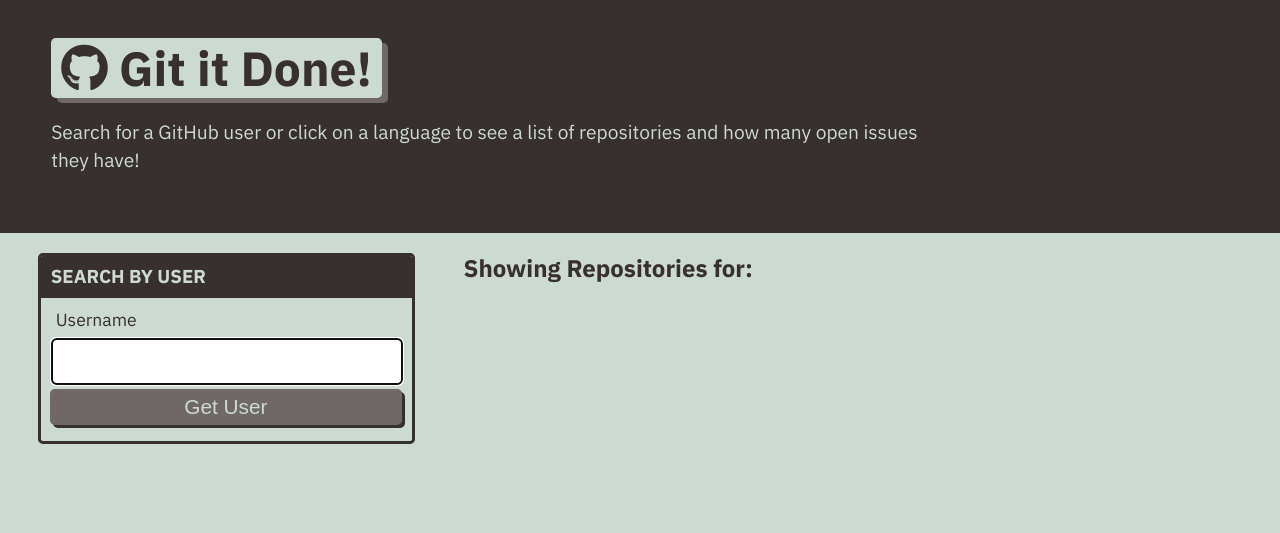
Repository: KHudaKoz/git-it-done
Page: index.html
These files come from the project's save history. The page is drawn as it stood at one moment and after the next save; the edit follows.
The browser window is 1280 px wide. The pictures show the whole page.
Some web libraries are served in a nearby version.

Above is the page before, as saved 2021-01-25 23:15:28.

### index.html
<!DOCTYPE html>
<html lang="en">

<head>
  <meta charset="UTF-8">
  <meta name="viewport" content="width=device-width, initial-scale=1.0">
  <meta http-equiv="X-UA-Compatible" content="ie=edge">
  <link href="https://fonts.googleapis.com/css?family=IBM+Plex+Sans:400,400i,700&display=swap" rel="stylesheet">
  <link rel="stylesheet" href="https://cdnjs.cloudflare.com/ajax/libs/font-awesome/5.11.2/css/all.min.css">
  <link rel="stylesheet" href="./assets/css/style.css" />
  <title>Git it Done</title>
</head>

<body class="flex-column min-100-vh">
  <header class="hero">
    <h1 class="app-title"><i class="fab fa-github"></i> Git it Done!</h1>
    <p>Search for a GitHub user or click on a language to see a list of repositories and how many open issues they have!
    </p>
  </header>


  <main class="flex-row justify-space-between">
    <div class="col-12 col-md-4">

      <div class="card">
        <h3 class="card-header text-uppercase">Search By User</h3>
        <form id="user-form" class="card-body">
          <label class="form-label" for="username">Username</label>
          <input name="username" id="username" type="text" autofocus="true" class="form-input" />
          <button type="submit" class="btn">Get User</button>
        </form>
      </div>

    </div>

    <div class="col-12 col-md-8">
      <h2 class="subtitle">Showing Repositories for: <span id="repo-search-term"></span></h2>
      <div id="repos-container" class="list-group">

      </div>
    </div>
  </main>

  <script src="./assets/js/homepage.js"></script>
</body>

</html>

### assets/css/style.css
:root {
  --primary: #ccdad1;
  --secondary: #9caea9;
  --tertiary: #788585;
  --light-dark: #6f6866;
  --dark: #38302e;
  --border-radius: .3rem;
}

* {
  box-sizing: border-box;
}

body {
  background-color: var(--primary);
  margin: 0;
  padding: 0;
  font-family: "IBM Plex Sans", sans-serif;
  color: var(--dark);
  line-height: 1.5;
  font-size: 16px;
}

h1,
h2,
h3,
h4,
h5,
h6 {
  font-weight: 700;
  margin: 0;
  color: var(--dark);
  line-height: 1.25;
}

main {
  margin: 20px auto;
  width: 94%;
}

p {
  font-size: 1.2rem;
}

 .btn {
  font-size: 1.3rem;
  text-decoration:none;
  padding: 6px 5px;
  width: 100%;
  display: block;
  margin: 5px 0;
  border-radius: var(--border-radius);
  color: var(--primary);
  border: none;
  outline: none;
  background-color: var(--light-dark);
  box-shadow: 3px 3px var(--dark);
  transform: translate(-1px, -1px);
}

 .btn:hover {
  color: var(--primary);
  background-color: var(--tertiary);
  transform: translate(0, 0);
  box-shadow: 2px 2px var(--dark);
}

.btn-inline {
  display: inline;
}

.btn-back {
  border-radius: var(--border-radius);
  color: var(--primary);
  border: none;
  outline: none;
  background-color: var(--light-dark);
  box-shadow: 3px 3px var(--secondary);
  transform: translate(-1px, -1px);
  display: inline-block;
  width: auto;
  margin-top: 20px;
  padding: 15px;
  text-decoration: none;
  font-size: 1.2rem;
}

 .btn-back:hover {
  color: var(--primary);
  background-color: var(--tertiary);
  transform: translate(0, 0);
  box-shadow: 2px 2px var(--dark);
}

.hero {
  padding: 3% 4%;
  background-color: var(--dark);
  color: var(--primary);
}

.hero p {
  max-width: 75%;
}

.app-title {
  font-size: 3rem;
  background-color: var(--primary);
  color: var(--dark);
  padding: 0 10px;
  display: inline-block;
  border-radius: var(--border-radius);
  box-shadow: 6px 5px var(--light-dark);
}

.list-group {
  padding: 0;
  list-style: none;
}

.list-item {
  margin-bottom: 10px;
  padding: 1.5%;
  border-radius: var(--border-radius);
  background-color: var(--light-dark);
  color: var(--primary);
  text-decoration: none;
}

.list-item:hover {
  background-color: var(--dark);
}

.status-icon {
  padding: 2px 5px;
  margin: 0 5px;
  background-color: rgba(255,255,255, 1);
  border-radius: var(--border-radius);
}

.icon-danger {
  color: rgb(255, 70, 70);
}

.icon-success {
  color: rgb(29, 153, 255);
}

/* CARDS */
.card {
  margin: 0 0 20px 0;
  border: 3px solid var(--dark);
  border-radius: var(--border-radius);
}

.card-header {
  color: var(--primary);
  background-color: var(--dark);
  padding: 2.5%;
  border-radius: calc(.18rem - 1px) calc(.18rem - 1px) 0 0;
}

.card-body {
  padding: 2.5%;
}

/* FORM */
.form-label,
.form-input,
.form-textarea {
  display: block;
}

.form-label {
  font-size: 1.1rem;
  margin: 0 0 0 5px;
}

.form-input {
  width: 100%;
  padding: 3%;
  margin: 5px 0;
  font-size: 1.2rem;
  border: 2px solid var(--light-dark);
  border-radius: var(--border-radius);
}

/* HEIGHT / WIDTH UTILS */
.min-100-vh {
  min-height: 100vh;
}

.min-100-vw {
  min-width: 100vw;
}

/* FONT UTILS */
.text-uppercase {
  text-transform: uppercase;
}


/* FLEX CONTENT */
.flex-row {
  display: flex;
  flex-wrap: wrap;
}

.flex-column {
  display: flex;
  flex-direction: column;
  flex-wrap: wrap;
}

.justify-space-between {
  justify-content: space-between;
}

.justify-space-around {
  justify-content: space-around;
}

.justify-flex-start {
  justify-content: flex-start
}

.justify-flex-end {
  justify-content: flex-end;
}

.justify-center {
  justify-content: center;
}

.align-stretch {
  align-items: stretch;
}

.align-end {
  align-items: flex-end;
}

.align-center {
  align-items: center;
}

.col-auto {
  flex-grow: 1;
}

.col-1 {
  flex: 0 0 calc(100% * 1 / 12 - 2%);
}

.col-2 {
  flex: 0 0 calc(100% * 2 / 12 - 2%);
}

.col-3 {
  flex: 0 0 calc(100% * 3 / 12 - 2%);
}

.col-4 {
  flex: 0 0 calc(100% * 4 / 12 - 2%);
}

.col-5 {
  flex: 0 0 calc(100% * 5 / 12 - 2%);
}

.col-6 {
  flex: 0 0 calc(100% * 6 / 12 - 2%);
}

.col-7 {
  flex: 0 0 calc(100% * 7 / 12 - 2%);
}

.col-8 {
  flex: 0 0 calc(100% * 8 / 12 - 2%);
}

.col-9 {
  flex: 0 0 calc(100% * 9 / 12 - 2%);
}

.col-10 {
  flex: 0 0 calc(100% * 10 / 12 - 2%);
}

.col-11 {
  flex: 0 0 calc(100% * 11 / 12 - 2%);
}

.col-12 {
  flex: 0 0 100%;
}

/* col-sm */
@media screen and (min-width: 640px) {
  .col-sm-1 {
    flex: 0 0 calc(100% * 1 / 12 - 2%);
  }

  .col-sm-2 {
    flex: 0 0 calc(100% * 2 / 12 - 2%);
  }

  .col-sm-3 {
    flex: 0 0 calc(100% * 3 / 12 - 2%);
  }

  .col-sm-4 {
    flex: 0 0 calc(100% * 4 / 12 - 2%);
  }

  .col-sm-5 {
    flex: 0 0 calc(100% * 5 / 12 - 2%);
  }

  .col-sm-6 {
    flex: 0 0 calc(100% * 6 / 12 - 2%);
  }

  .col-sm-7 {
    flex: 0 0 calc(100% * 7 / 12 - 2%);
  }

  .col-sm-8 {
    flex: 0 0 calc(100% * 8 / 12 - 2%);
  }

  .col-sm-9 {
    flex: 0 0 calc(100% * 9 / 12 - 2%);
  }

  .col-sm-10 {
    flex: 0 0 calc(100% * 10 / 12 - 2%);
  }

  .col-sm-11 {
    flex: 0 0 calc(100% * 11 / 12 - 2%);
  }

  .col-sm-12 {
    flex: 0 0 100%;
  }
}


/* col-md */
@media screen and (min-width: 768px) {
  .col-md-1 {
    flex: 0 0 calc(100% * 1 / 12 - 2%);
  }

  .col-md-2 {
    flex: 0 0 calc(100% * 2 / 12 - 2%);
  }

  .col-md-3 {
    flex: 0 0 calc(100% * 3 / 12 - 2%);
  }

  .col-md-4 {
    flex: 0 0 calc(100% * 4 / 12 - 2%);
  }

  .col-md-5 {
    flex: 0 0 calc(100% * 5 / 12 - 2%);
  }

  .col-md-6 {
    flex: 0 0 calc(100% * 6 / 12 - 2%);
  }

  .col-md-7 {
    flex: 0 0 calc(100% * 7 / 12 - 2%);
  }

  .col-md-8 {
    flex: 0 0 calc(100% * 8 / 12 - 2%);
  }

  .col-md-9 {
    flex: 0 0 calc(100% * 9 / 12 - 2%);
  }

  .col-md-10 {
    flex: 0 0 calc(100% * 10 / 12 - 2%);
  }

  .col-md-11 {
    flex: 0 0 calc(100% * 11 / 12 - 2%);
  }

  .col-md-12 {
    flex: 0 0 100%;
  }
}

/* col-lg */
@media screen and (min-width: 992px) {
  .col-lg-1 {
    flex: 0 0 calc(100% * 1 / 12 - 2%);
  }

  .col-lg-2 {
    flex: 0 0 calc(100% * 2 / 12 - 2%);
  }

  .col-lg-3 {
    flex: 0 0 calc(100% * 3 / 12 - 2%);
  }

  .col-lg-4 {
    flex: 0 0 calc(100% * 4 / 12 - 2%);
  }

  .col-lg-5 {
    flex: 0 0 calc(100% * 5 / 12 - 2%);
  }

  .col-lg-6 {
    flex: 0 0 calc(100% * 6 / 12 - 2%);
  }

  .col-lg-7 {
    flex: 0 0 calc(100% * 7 / 12 - 2%);
  }

  .col-lg-8 {
    flex: 0 0 calc(100% * 8 / 12 - 2%);
  }

  .col-lg-9 {
    flex: 0 0 calc(100% * 9 / 12 - 2%);
  }

  .col-lg-10 {
    flex: 0 0 calc(100% * 10 / 12 - 2%);
  }

  .col-lg-11 {
    flex: 0 0 calc(100% * 11 / 12 - 2%);
  }

  .col-lg-12 {
    flex: 0 0 100%;
  }
}

/* col-xl */
@media screen and (min-width: 1200px) {
  .col-xl-1 {
    flex: 0 0 calc(100% * 1 / 12 - 2%);
  }

  .col-xl-2 {
    flex: 0 0 calc(100% * 2 / 12 - 2%);
  }

  .col-xl-3 {
    flex: 0 0 calc(100% * 3 / 12 - 2%);
  }

  .col-xl-4 {
    flex: 0 0 calc(100% * 4 / 12 - 2%);
  }

  .col-xl-5 {
    flex: 0 0 calc(100% * 5 / 12 - 2%);
  }

  .col-xl-6 {
    flex: 0 0 calc(100% * 6 / 12 - 2%);
  }

  .col-xl-7 {
    flex: 0 0 calc(100% * 7 / 12 - 2%);
  }

  .col-xl-8 {
    flex: 0 0 calc(100% * 8 / 12 - 2%);
  }

  .col-xl-9 {
    flex: 0 0 calc(100% * 9 / 12 - 2%);
  }

  .col-xl-10 {
    flex: 0 0 calc(100% * 10 / 12 - 2%);
  }

  .col-xl-11 {
    flex: 0 0 calc(100% * 11 / 12 - 2%);
  }

  .col-xl-12 {
    flex: 0 0 100%;
  }
}

### assets/js/homepage.js
var userFormEl = document.querySelector("#user-form");
var nameInputEl = document.querySelector("#username");
var repoContainerEl = document.querySelector("#repos-container");
var repoSearchTerm = document.querySelector("#repo-search-term");

var formSubmitHandler = function(event) {
  // prevent page from refreshing
  event.preventDefault();

  // get value from input element
  var username = nameInputEl.value.trim();

  if (username) {
    getUserRepos(username);

    // clear old content
    repoContainerEl.textContent = "";
    nameInputEl.value = "";
  } else {
    alert("Please enter a GitHub username");
  }
};

var getUserRepos = function(user) {
  // format the github api url
  var apiUrl = "https://api.github.com/users/" + user + "/repos";

  // make a get request to url
  fetch(apiUrl)
    .then(function(response) {
      // request was successful
      if (response.ok) {
        console.log(response);
        response.json().then(function(data) {
          console.log(data);
          displayRepos(data, user);
        });
      } else {
        alert("Error: " + response.statusText);
      }
    })
    .catch(function(error) {
      alert("Unable to connect to GitHub");
    });
};

var displayRepos = function(repos, searchTerm) {
  // check if api returned any repos
  if (repos.length === 0) {
    repoContainerEl.textContent = "No repositories found.";
    return;
  }

  repoSearchTerm.textContent = searchTerm;

  // loop over repos
  for (var i = 0; i < repos.length; i++) {
    // format repo name
    var repoName = repos[i].owner.login + "/" + repos[i].name;

    // create a link for each repo
    var repoEl = document.createElement("a");
    repoEl.classList = "list-item flex-row justify-space-between align-center";
    repoEl.setAttribute("href", "./single-repo.html?repo=" + repoName);

    // create a span element to hold repository name
    var titleEl = document.createElement("span");
    titleEl.textContent = repoName;

    // append to container
    repoEl.appendChild(titleEl);

    // create a status element
    var statusEl = document.createElement("span");
    statusEl.classList = "flex-row align-center";

    // check if current repo has issues or not
    if (repos[i].open_issues_count > 0) {
      statusEl.innerHTML =
        "<i class='fas fa-times status-icon icon-danger'></i>" + repos[i].open_issues_count + " issue(s)";
    } else {
      statusEl.innerHTML = "<i class='fas fa-check-square status-icon icon-success'></i>";
    }

    // append to container
    repoEl.appendChild(statusEl);

    // append container to the dom
    repoContainerEl.appendChild(repoEl);
  }
};

// add event listeners to forms
userFormEl.addEventListener("submit", formSubmitHandler);
var getFeaturedRepos = function(language) {
  var apiUrl = "https://api.github.com/search/repositories?q=" + language + "+is:featured&sort=help-wanted-issues";

  fetch(apiUrl).then(function(response) {
    if (response.ok) {
      response.json().then(function(data) {
        displayRepos(data.items, language);
      });
    } else {
      alert("Error: " + response.statusText);
    }
  });
};

After the next save:
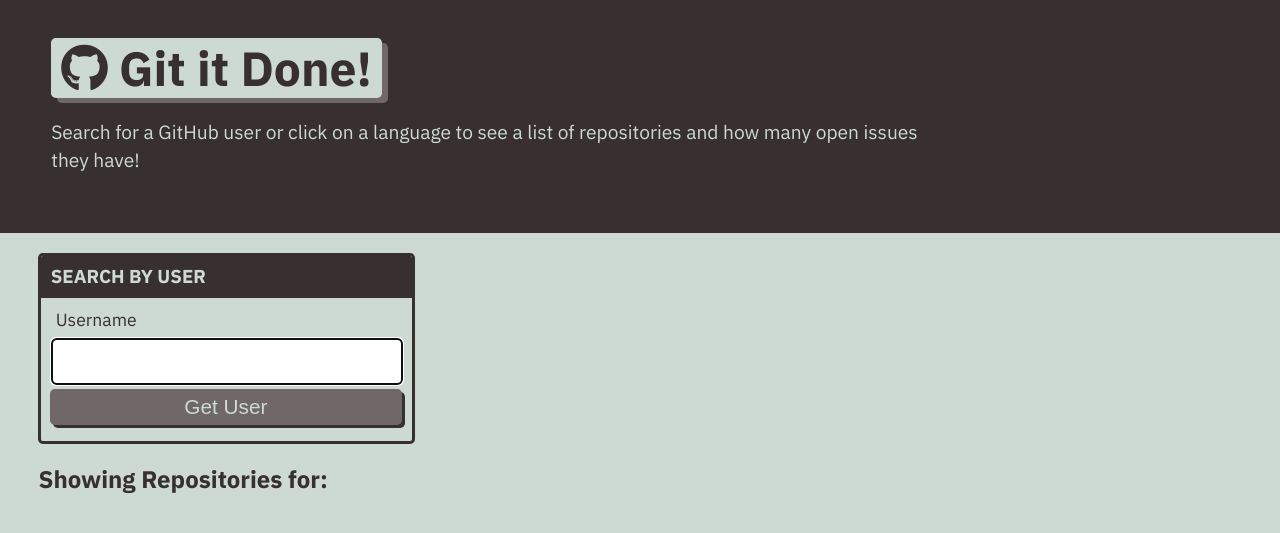
Saved 5 s later.
--- a/index.html
+++ b/index.html
@@ -30,7 +30,7 @@
           <button type="submit" class="btn">Get User</button>
         </form>
       </div>
-
+      <div
     </div>
 
     <div class="col-12 col-md-8">

After the save that followed:
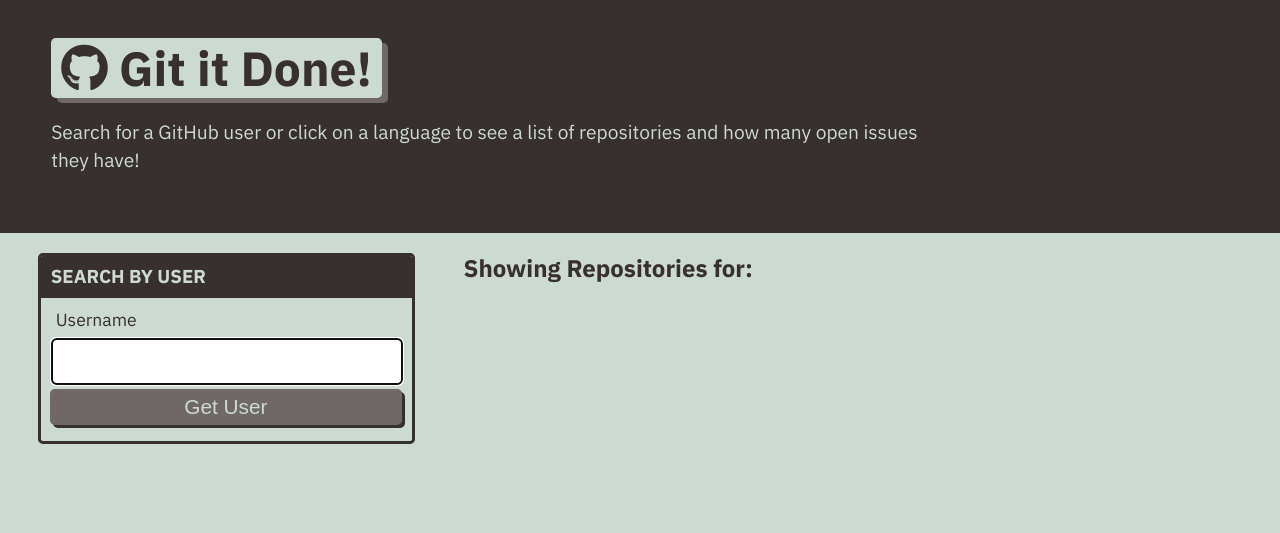
Saved 4 s later.
--- a/index.html
+++ b/index.html
@@ -30,7 +30,9 @@
           <button type="submit" class="btn">Get User</button>
         </form>
       </div>
-      <div
+      <div>
+
+      </div>
     </div>
 
     <div class="col-12 col-md-8">
